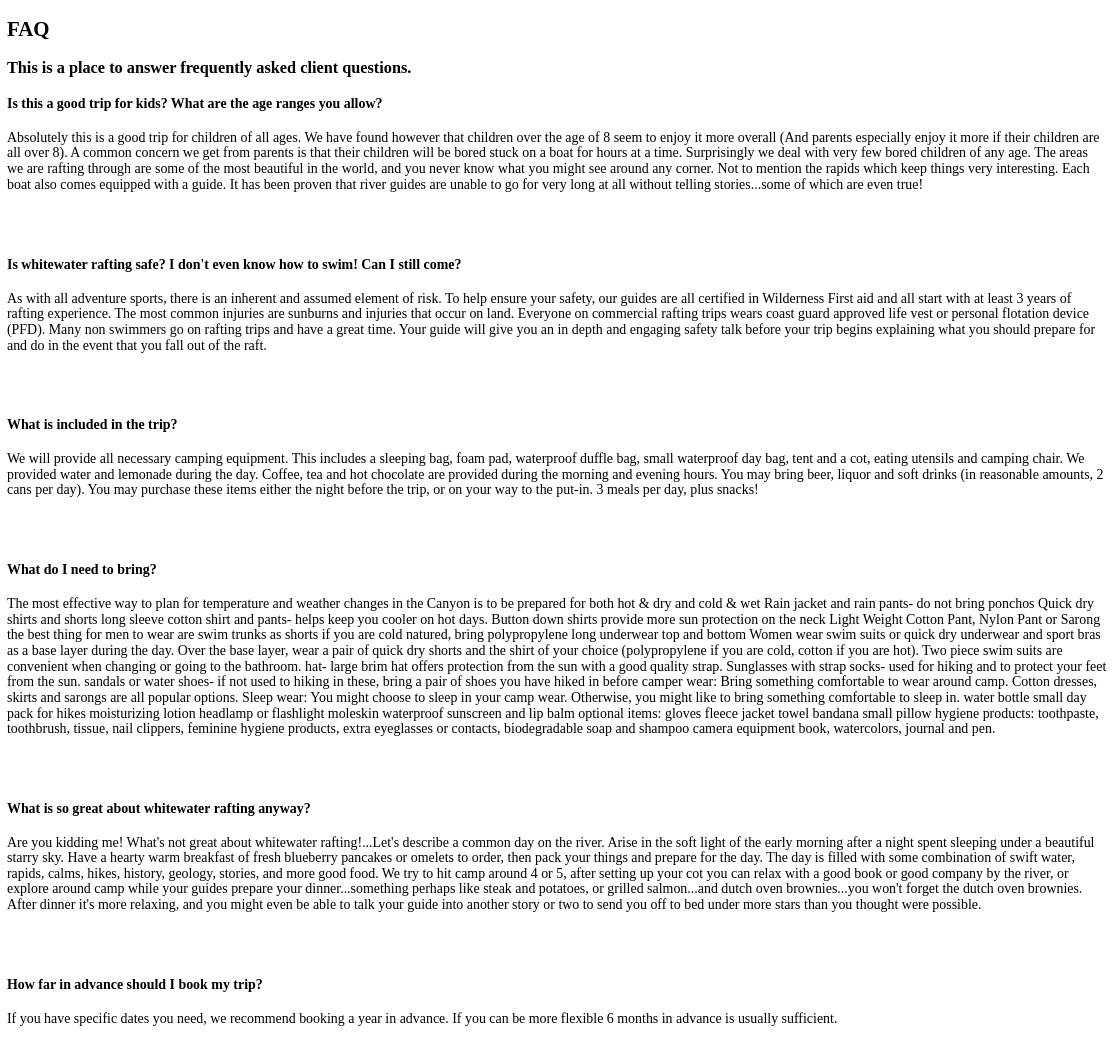
Repository: nak97/WDD-130
Page: wrr/faq.html
An editor plug-in stored every save of this project. The page is shown before and after the next save, followed by the edit.
The browser window is 1280 px wide. The pictures show the whole page, at 87% of full size.

Above is the page before, as saved 2023-03-08 10:01:50.

### wrr/faq.html
<!DOCTYPE html>

<html>
  <head>
    <meta charset="utf-8">
    <meta http-equiv="X-UA-Compatible" content="IE=edge">
    <title>FAQ</title>
    <meta name="description" content="">
    <meta name="viewport" content="width=device-width, initial-scale=1">
    <link rel="stylesheet" href="./styles/faq.css">
  </head>
  <body>
<h2>
  FAQ
</h2>
<h3> This is a place to answer frequently asked client questions.</h3>




<h4>Is this a good trip for kids? What are the age ranges you allow? </h4>



<p>Absolutely this is a good trip for children of all ages. We have found however that children over the age of 8 seem to enjoy it more overall (And parents especially enjoy it more if their children are all over 8). A common concern we get from parents is that their children will be bored stuck on a boat for hours at a time. Surprisingly we deal with very few bored children of any age. The areas we are rafting through are some of the most beautiful in the world, and you never know what you might see around any corner. Not to mention the rapids which keep things very interesting. Each boat also comes equipped with a guide. It has been proven that river guides are unable to go for very long at all without telling stories...some of which are even true!</p>   <br><br>


 <h4>Is whitewater rafting safe? I don't even know how to swim! Can I still come?</h4>
  <p> As with all adventure sports, there is an inherent and assumed element of risk. To help ensure your safety, our guides are all certified in Wilderness First aid and all start with at least 3 years of rafting experience. The most common injuries are sunburns and injuries that occur on land.
    Everyone on commercial rafting trips wears coast guard approved life vest or personal flotation device (PFD). Many non swimmers go on rafting trips and have a great time. Your guide will give you an in depth and engaging safety talk before your trip begins explaining what you should prepare for and do in the event that you fall out of the raft.</p>  <br><br>

 <h4>What is included in the trip?</h4>
 <p> We will provide all necessary camping equipment. This includes a sleeping bag, foam pad, waterproof duffle bag, small waterproof day bag, tent and a cot, eating utensils and camping chair.
  We provided water and lemonade during the day. Coffee, tea and hot chocolate are provided during the morning and evening hours. You may bring beer, liquor and soft drinks (in reasonable amounts, 2 cans per day). You may purchase these items either the night before the trip, or on your way to the put-in. 3 meals per day, plus snacks! </p>
   <br><br>
 <h4>What do I need to bring?</h4>
 <p>The most effective way to plan for temperature and weather changes in the Canyon is to be prepared for both hot & dry and cold & wet Rain jacket and rain pants- do not bring ponchos Quick dry shirts and shorts long sleeve cotton shirt and pants- helps keep you cooler on hot days. Button down shirts provide more sun protection on the neck Light Weight Cotton Pant, Nylon Pant or Sarong the best thing for men to wear are swim trunks as shorts if you are cold natured, bring polypropylene long underwear top and bottom Women wear swim suits or quick dry underwear and sport bras as a base layer during the day. Over the base layer, wear a pair of quick dry shorts and the shirt of your choice (polypropylene if you are cold, cotton if you are hot). Two piece swim suits are convenient when changing or going to the bathroom. hat- large brim hat offers protection from the sun with a good quality strap. Sunglasses with strap socks- used for hiking and to protect your feet from the sun. sandals or water shoes- if not used to hiking in these, bring a pair of shoes you have hiked in before camper wear: Bring something comfortable to wear around camp. Cotton dresses, skirts and sarongs are all popular options. Sleep wear: You might choose to sleep in your camp wear. Otherwise, you might like to bring something comfortable to sleep in. water bottle small day pack for hikes moisturizing lotion headlamp or flashlight moleskin waterproof sunscreen and lip balm optional items: gloves fleece jacket towel bandana small pillow hygiene products: toothpaste, toothbrush, tissue, nail clippers, feminine hygiene products, extra eyeglasses or contacts, biodegradable soap and shampoo camera equipment book, watercolors, journal and pen.</p>  <br><br>
<h4>What is so great about whitewater rafting anyway?</h4>
 <p>Are you kidding me! What's not great about whitewater rafting!...Let's describe a common day on the river.
  Arise in the soft light of the early morning after a night spent sleeping under a beautiful starry sky. Have a hearty warm breakfast of fresh blueberry pancakes or omelets to order, then pack your things and prepare for the day. The day is filled with some combination of swift water, rapids, calms, hikes, history, geology, stories, and more good food. We try to hit camp around 4 or 5, after setting up your cot you can relax with a good book or good company by the river, or explore around camp while your guides prepare your dinner...something perhaps like steak and potatoes, or grilled salmon...and dutch oven brownies...you won't forget the dutch oven brownies. After dinner it's more relaxing, and you might even be able to talk your guide into another story or two to send you off to bed under more stars than you thought were possible.</p>  <br><br>
<h4>How far in advance should I book my trip?</h4>
 <p> If you have specific dates you need, we recommend booking a year in advance. If you can be more flexible 6 months in advance is usually sufficient.</p>







  </body>
</html>

Loaded but not shown: wrr/styles/faq.css (no stored copy; drawn as an empty file)

After the next save:
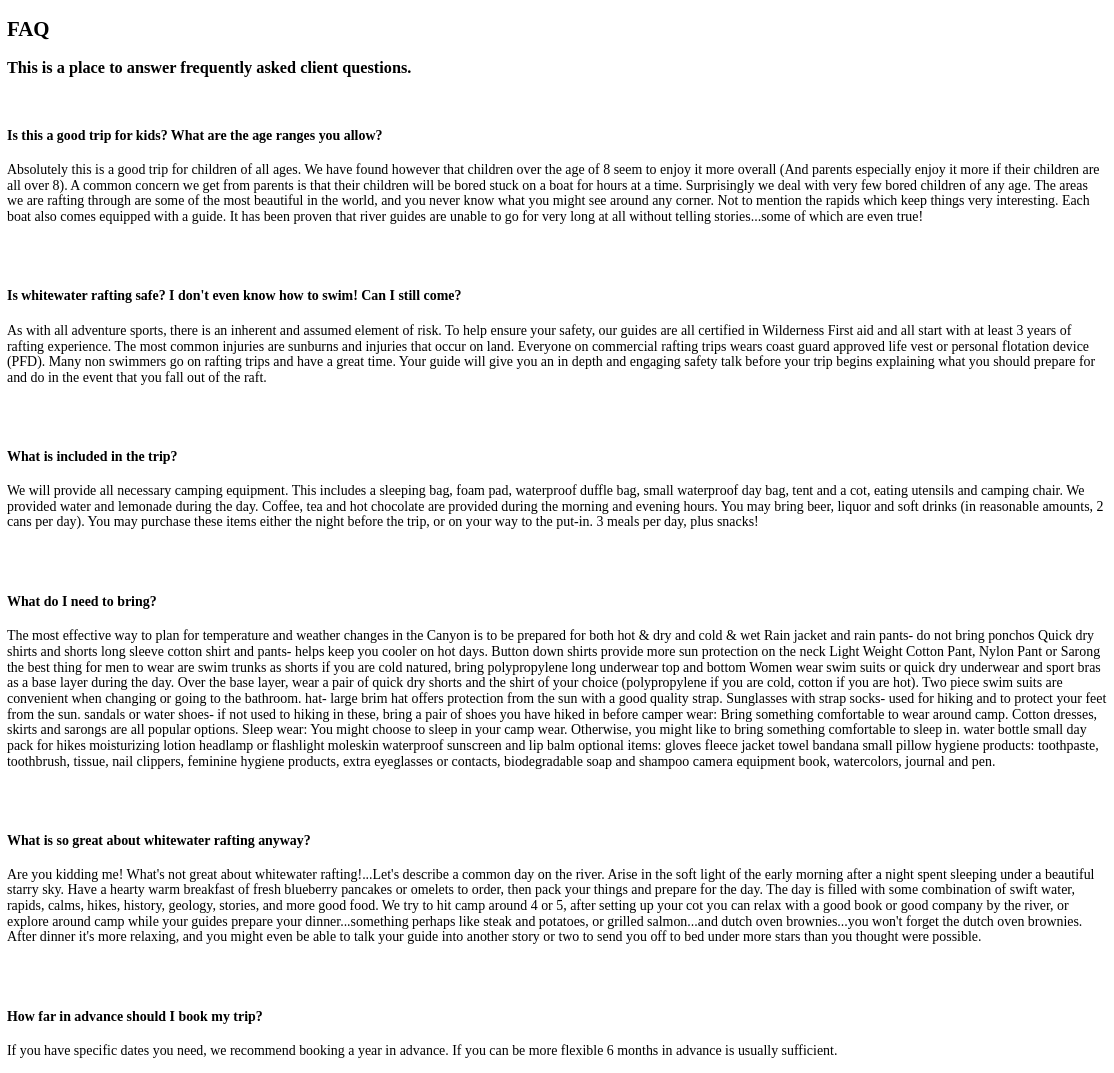
Saved 96 s later.
--- a/wrr/faq.html
+++ b/wrr/faq.html
@@ -13,7 +13,7 @@
 <h2>
   FAQ
 </h2>
-<h3> This is a place to answer frequently asked client questions.</h3>
+<h3> This is a place to answer frequently asked client questions.</h3> <br>
 
 
 
